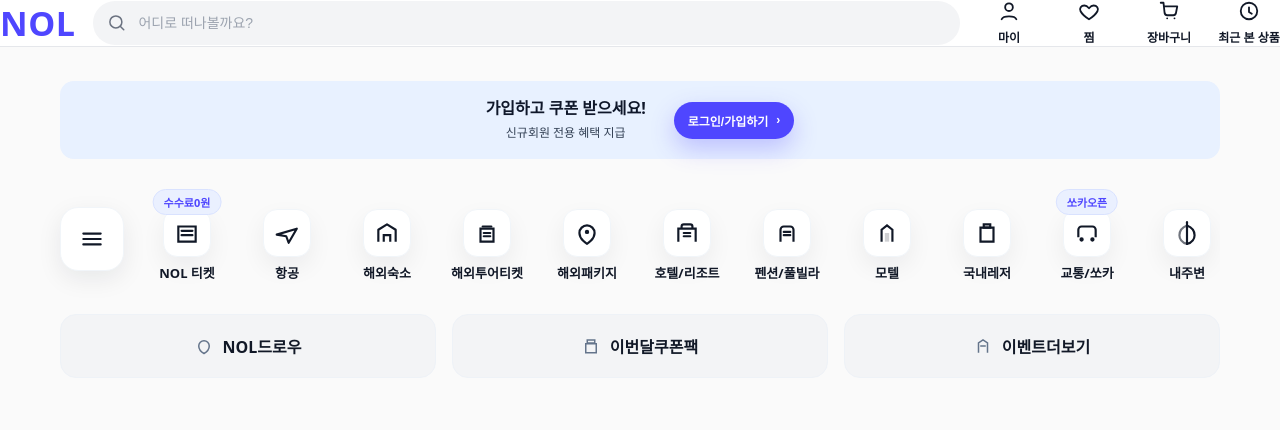
Repository: ilrangkwon/vscode
Page: 260210/project/html/index_coreect.html
The author's editor kept a copy of each file at every save. The page is drawn from the files as they stood at one save, then again after the next save.
The browser window is 1280 px wide. The pictures show the whole page.

Above is the page before, as saved 2026-02-10 14:28:46.

After the next save:
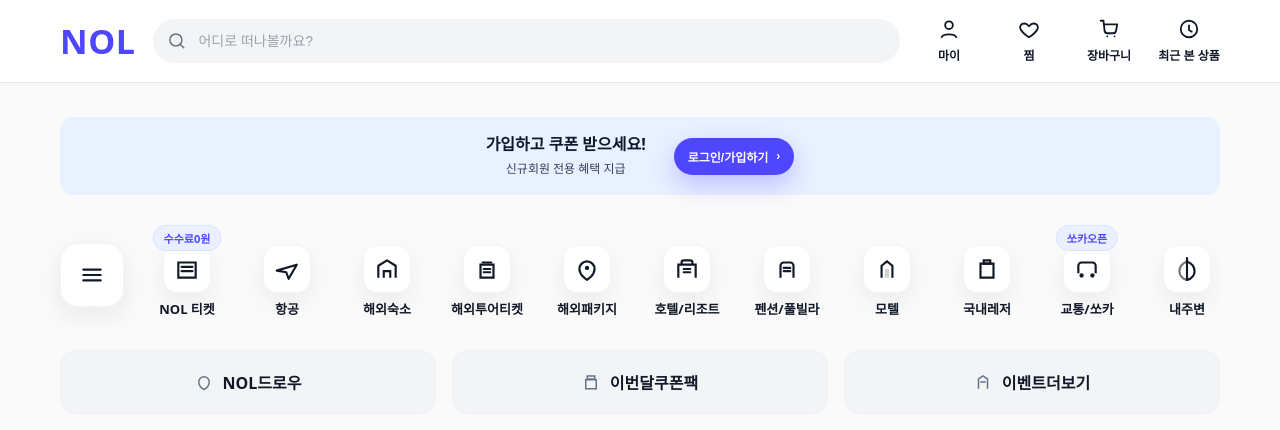
Saved 47 s later.
--- a/260210/project/html/index_coreect.html
+++ b/260210/project/html/index_coreect.html
@@ -36,17 +36,12 @@
       border-bottom:1px solid var(--line);
     }
     .topbar__inner{
-    display:flex;
-    align-items:center;
-    gap:18px;
-    flex-wrap: nowrap;
-
-    .logo{ flex: 0 0 auto; }
-
-    .top-actions{
-      flex: 0 0 auto;
-      flex-shrink: 0;
-      white-space: nowrap;
+      max-width:var(--max);
+      margin:0 auto;
+      padding:18px 20px;
+      display:flex;
+      align-items:center;
+      gap:18px;
     }
 
     .logo{
@@ -62,7 +57,7 @@
     }
 
     .search{
-      flex: 1 1 auto;
+      flex:1;
       display:flex;
       align-items:center;
       gap:10px;
@@ -72,8 +67,7 @@
       border:1px solid transparent;
       border-radius:999px;
       transition:.15s ease;
-      min-width: 0;
-      width: 100%;
+      min-width: 240px;
     }
     .search:focus-within{
       background:#fff;
@@ -87,9 +81,6 @@
       outline:none;
       background:transparent;
       font-size:14px;
-      width: 100%;
-      min-width: 0;            /* ⭐ 긴 placeholder/텍스트가 있어도 안 밀리게 */
-}
     }
     .search input::placeholder{ color:#9ca3af; }
 
@@ -97,10 +88,6 @@
       display:flex;
       align-items:center;
       gap:18px;
-      .top-actions{
-      flex: 0 0 auto;
-      white-space: nowrap;
-}
     }
     .action{
       width:62px;
